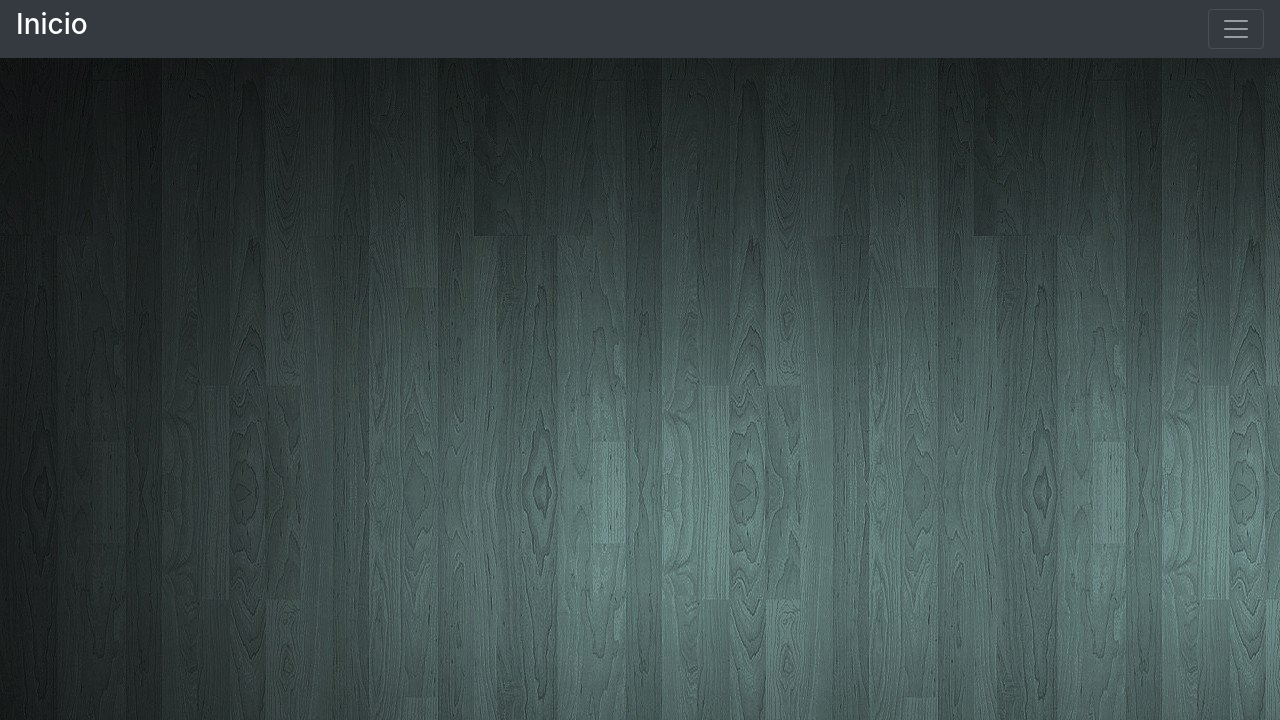
Repository: UncEmerson/UncEmerson
Page: index.html
These files come from the project's save history. The page is drawn as it stood at one moment and after the next save; the edit follows.
The browser window is 1280 px wide. The pictures show the whole page.

Above is the page before, as saved 2019-06-11 23:52:20.

After the next save:
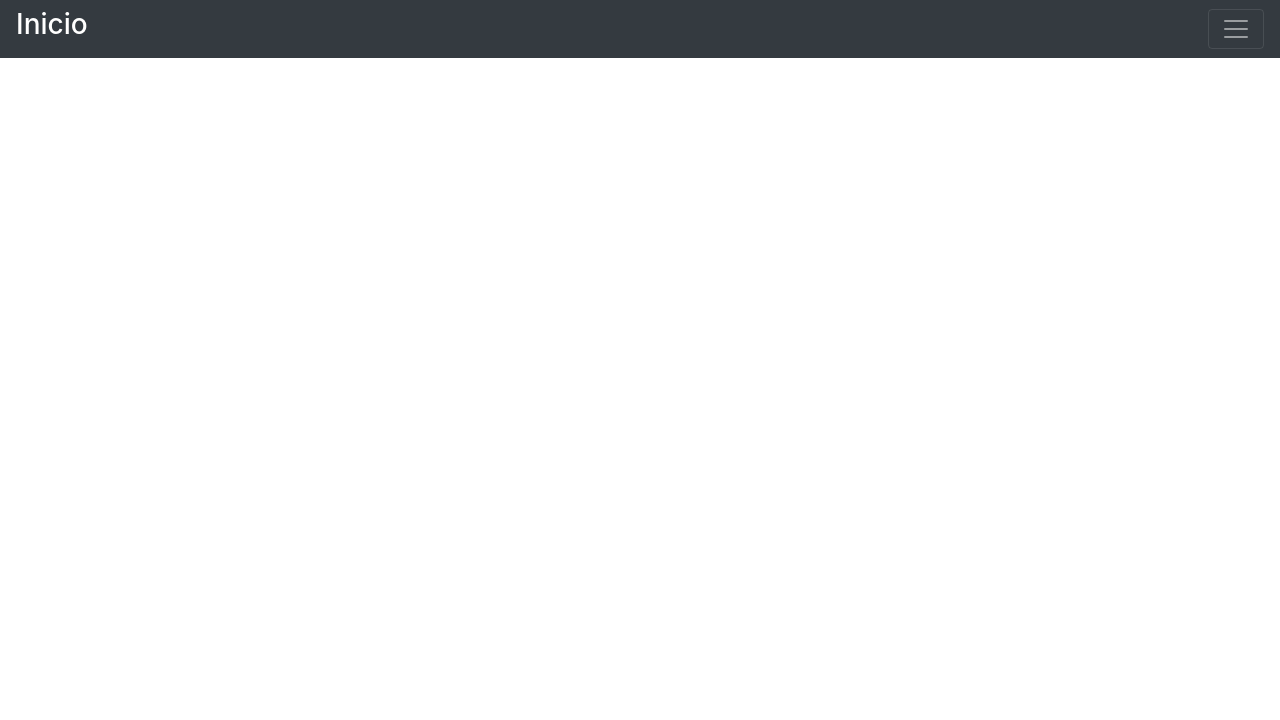
Saved 40 s later.
--- a/style.css
+++ b/style.css
@@ -1,3 +1,5 @@
+font-family: 'Roboto',
+sans-serif;
 .fondo1 {
     background: url(images/fondo1.jpg)
 }

After the save that followed:
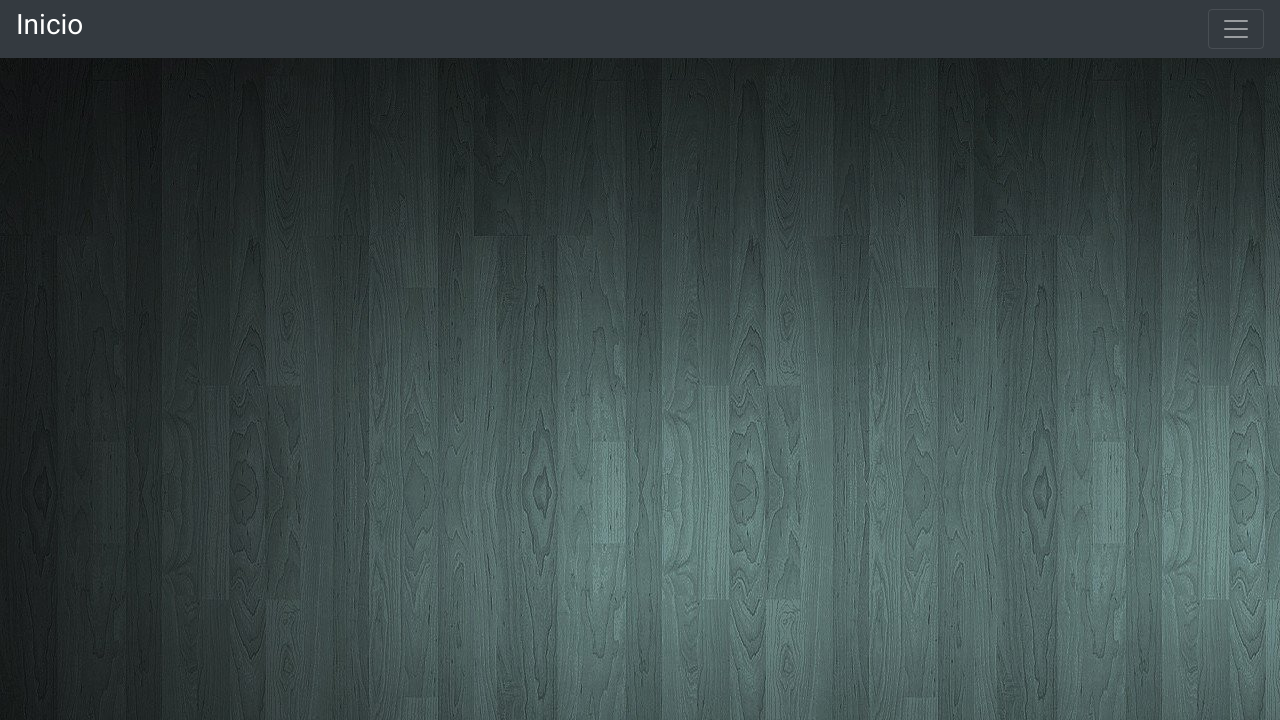
Saved 34 s later.
--- a/style.css
+++ b/style.css
@@ -1,5 +1,7 @@
-font-family: 'Roboto',
-sans-serif;
+* {
+    font-family: 'Roboto', sans-serif;
+}
+
 .fondo1 {
     background: url(images/fondo1.jpg)
 }
